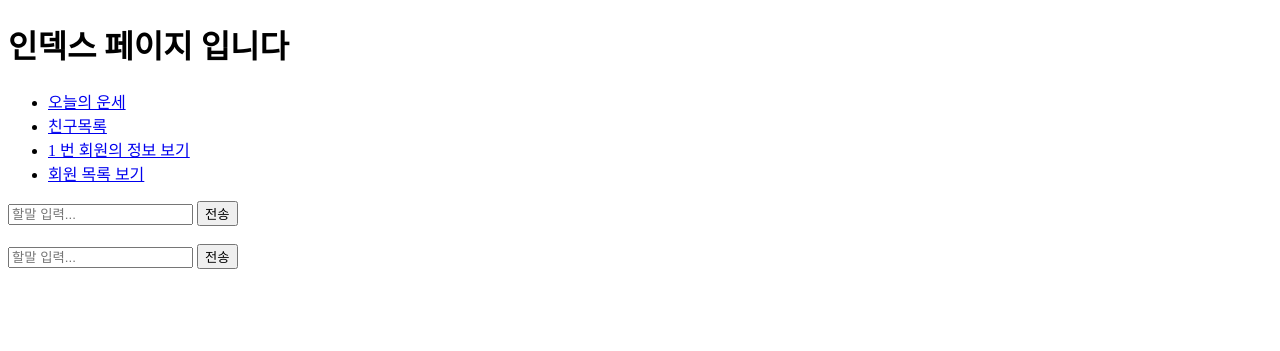
Repository: raehui/web_work
Page: Step01Servlet/src/main/webapp/index.html
The author's editor kept a copy of each file at every save. The page is drawn from the files as they stood at one save, then again after the next save.
The browser window is 1280 px wide. The pictures show the whole page.

Above is the page before, as saved 2025-01-03 07:52:30.

### Step01Servlet/src/main/webapp/index.html
<!DOCTYPE html>
<html>
<head>
<meta charset="UTF-8">
<title>index.html</title>
</head>
<body>
	<div class="container">
		<h1>인덱스 페이지 입니다</h1>
		<ul>
			<li><a href="fortune">오늘의 운세</a></li>
			<li><a href="friends">친구목록</a></li>
			<li><a href="member?num=1">1 번 회원의 정보 보기</a></li>
			<li><a href="member/list">회원 목록 보기</a></li>
		</ul>

		<form action="send" method="get">
			<input type="text" name="msg" placeholder="할말 입력...">
			<button type="submit">전송</button>
		</form>

		<br>
		<!-- post 방식 -->
		<form action="send" method="post">
			<input type="text" name="msg" placeholder="할말 입력...">
			<button type="submit">전송</button>
		</form>

	</div>
</body>
</html>

After the next save:
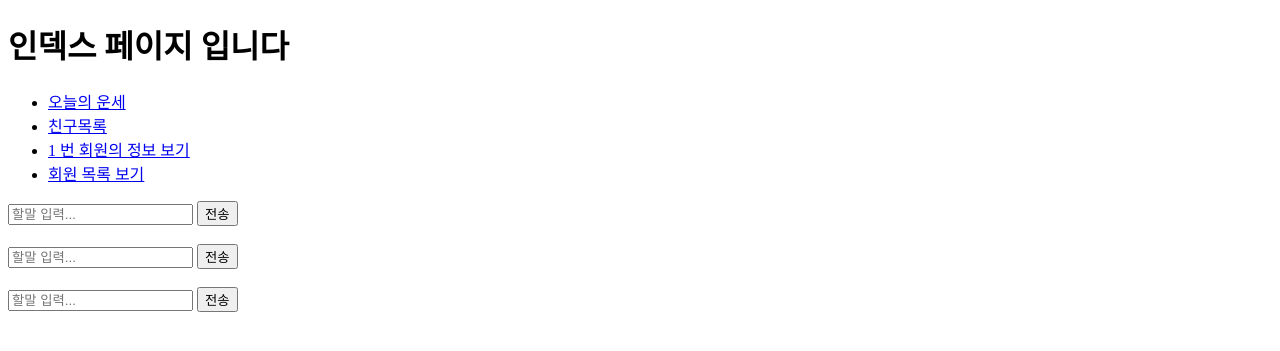
Saved 6 min 14 s later.
--- a/Step01Servlet/src/main/webapp/index.html
+++ b/Step01Servlet/src/main/webapp/index.html
@@ -26,6 +26,14 @@
 			<button type="submit">전송</button>
 		</form>
 
+		<br>
+		<form action="send.jsp" method="post">
+			<input type="text" name="msg" placeholder="할말 입력...">
+			<button type="submit">전송</button>
+		</form>
+
+
+
 	</div>
 </body>
 </html>
